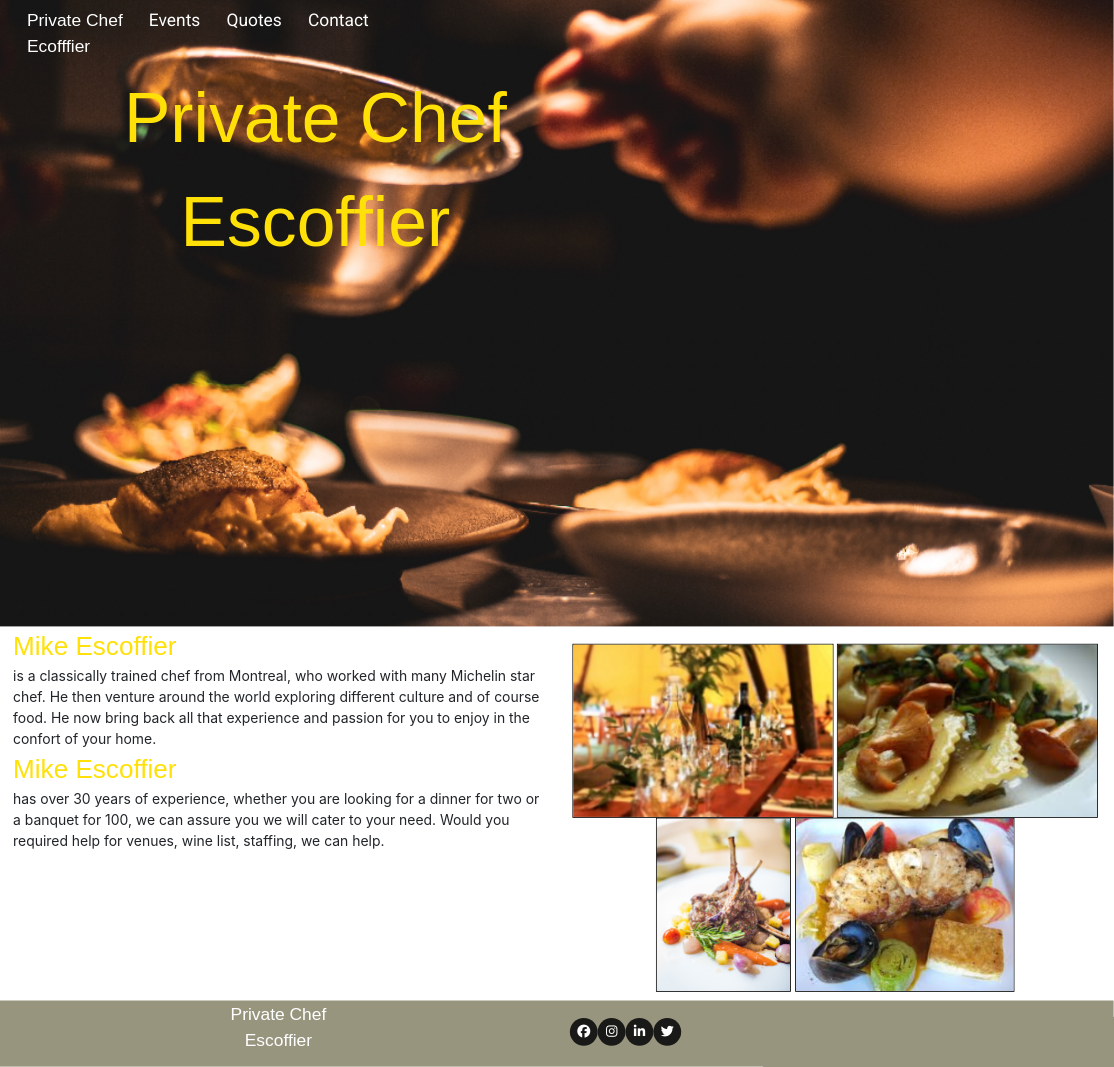
Repository: Mrsebastino/First-Milestone
Page: index.html
The author's editor kept a record of every edit. The page is drawn from the files as they stood at one moment, then again after the next edit.
The browser window is 1280 px wide. The pictures show the whole page, at 87% of full size.
Some web fonts or font styles are not loaded; a fallback is used. Some web libraries are served in a nearby version.

Above is the page before.

### index.html
<!DOCTYPE html>
<html lang="en">

<head>
    <meta charset="UTF-8">
    <meta name="viewport" content="width=device-width, initial-scale=1.0">
    <meta http-equiv="X-UA-Compatible" content="ie=edge">
    <title>Private Chef Escoffier</title>
    <script src="https://code.jquery.com/jquery-3.3.1.slim.min.js" integrity="sha384-q8i/X+965DzO0rT7abK41JStQIAqVgRVzpbzo5smXKp4YfRvH+8abtTE1Pi6jizo" crossorigin="anonymous"></script>
    <script src="https://cdnjs.cloudflare.com/ajax/libs/popper.js/1.14.7/umd/popper.min.js" integrity="sha384-UO2eT0CpHqdSJQ6hJty5KVphtPhzWj9WO1clHTMGa3JDZwrnQq4sF86dIHNDz0W1" crossorigin="anonymous"></script>
    <link rel="stylesheet" href="https://stackpath.bootstrapcdn.com/bootstrap/4.3.1/css/bootstrap.min.css" integrity="sha384-ggOyR0iXCbMQv3Xipma34MD+dH/1fQ784/j6cY/iJTQUOhcWr7x9JvoRxT2MZw1T" crossorigin="anonymous">
    <script src="https://stackpath.bootstrapcdn.com/bootstrap/4.3.1/js/bootstrap.min.js" integrity="sha384-JjSmVgyd0p3pXB1rRibZUAYoIIy6OrQ6VrjIEaFf/nJGzIxFDsf4x0xIM+B07jRM" crossorigin="anonymous"></script>
    <script src="https://kit.fontawesome.com/59067acff4.js" crossorigin="anonymous"></script>
    <link rel="stylesheet" href="assets/css/style.css" type="text/css" />

</head>
<!-- I have nested the navbar so it shows over my background image, found it quicker to achieve what i wanted-->

<body>
    <header>
        <div class="container-fluid">
            <div class="container-landing-page">
                <div class="row ">
                    <div class="col-sm-4 col-md-6">
                        <nav class="navbar navbar-expand-lg navbar-light bg-transparent">
                            <button class="navbar-toggler" type="button" data-toggle="collapse" data-target="#navbarNavDropdown" aria-controls="navbarNavDropdown" aria-expanded="false" aria-label="Toggle navigation">
                               <span class="navbar-toggler-icon"></span>
                            </button>
                            <div class="collapse navbar-collapse" id="navbarNavDropdown">
                                <ul class="navbar-nav">
                                    <li class="nav-item active">
                                        <a class="nav-link-logo" href="index.html">Private Chef<br> Ecofffier <span class="sr-only"></span></a>
                                    </li>
                                    <li class="nav-item">
                                        <a class="nav-link" href="events.html">Events</a>
                                    </li>
                                    <li class="nav-item">
                                        <a class="nav-link" href="quotes.html">Quotes</a>
                                    </li>
                                    <li class="nav-item">
                                        <a class="nav-link" href="contact.html">Contact</a>
                                    </li>
                                </ul>
                            </div>
                        </nav>
                    </div>
                    <div class="container">
                        <div class="row">
                            <div class="col-sm-4 col-md-6">
                                <p class="container-title"> Private Chef<br> Escoffier</p>
                            </div>
                        </div>
                    </div>
                </div>
            </div>
        </div>
    </header>
    <section>
        <div container-fluid>
            <div class="row">
                <div class="col">
                    <div class "container-event">
                        <span class="event-heading">Mike Escoffier</span><br>
                        is a classically trained chef from Montreal, who worked with many Michelin star chef. He then venture around the world exploring
                        different culture and of course food. He now bring
                        back all that experience and passion for you to enjoy in the confort of your home.
                    </div>
                    <div class="container-event-follow">
                        <span class="event-heading">Mike Escoffier</span><br>
                        has over 30 years of experience, whether you are looking for a dinner for two or a banquet for 100,
                        we can assure you we will cater to your need. Would you required help for venues, wine list, staffing, we can help.
                    </div>
                </div>
                    <div class="col">
                        <div class="event-photo">
                        <img src="assets/images/bar-bottles-catering-1243337.jpg" class="square" height=200 wdith=200>
                        <img src="assets/images/chanterelle-ravioli.jpg" class="square" height=200 wdith=200>
                        <img src="assets/images/beef-blur-chicken-323682.jpg" class="square" height=200 wdith=200>
                        <img src="assets/images/monkfish.jpg" class="square" height=200 wdith=200>
                    </div>
                    </div>
            </div>
        </div>
    </section>
    <footer>
        <div class="container-fluid container-footer">
            <div class="row">
                <div class="col-6">
                    <p class="logo-footer">
                        <a class="logo-footer" href="index.html"><span>Private Chef<br>  Escoffier</span></a>
                    </p>
                </div>
                <div class="col-6">
                    <ul class="list-inline social-link">
                        <li class="list-inline-item">
                            <a href="www.facebook.com" <i class="fab fa-facebook" aria-hidden="true"></i>
                    <span class="sr-only">Facebook</span></a>
                            <a href="www.instagram.com" <i class="fab fa-instagram" aria-hidden="true"></i>
                    <span class="sr-only">instagram</span></a>
                            <a href="www.linkedin.com" <i class="fab fa-linkedin-in" aria-hidden="true"></i>
                    <span class="sr-only">LinkedIn</span></a>
                            <a href="www.twitter.com" <i class="fab fa-twitter" aria-hidden="true"></i>
                    <span class="sr-only">Twitter</span></a>
                        </li>
                    </ul>
                </div>
            </div>
        </div>
    </footer>
</body>

</html>

### assets/css/style.css
@import url('https://fonts.googleapis.com/css?family=Roboto:100,200,300,400,500,600,700|Mansalva:100,200,300,400,500,600,700');

.body {
    font-family: 'Roboto', sans-serif;
    margin: 0;
    padding: 0;
}

/*---------Header------*/

.row {
    margin: 0;
    padding:0;
    overflow-x: hidden;

}

.container-fluid {
    margin: 0;
    padding: 0;
}

.container-title {
    font-family: 'Mansalva', sans-serif;
    text-align: center;
    font-size: 80px;
    color: #ffe007;
}

/*---------backgrounfd image------*/

.container-landing-page {
    padding: 0;
    margin: 0;
    height:100vh;
    background: url("../images/blur-chef-cooking-2403392.jpg") no-repeat center fixed;
    background-attachment: scroll;
    -webkit-background-size: cover;
    -moz-background-size: cover;
    -o-background-size: cover;
    background-size: cover;
}

.events-bg {
    padding: 0;
    margin: 0;
    background: url("../images/anise-aroma-art-277253.jpg") no-repeat center fixed;
    background-attachment: scroll;
    -webkit-background-size: cover;
    -moz-background-size: cover;
    -o-background-size: cover;
    background-size: cover;
}


/*---------Navbar------*/

.nav-link-logo {
    font-family: 'Mansalva', sans-serif;
    font-size: 20px;
    color: #fff;
    transition: all 0.5s ease-in-out;
   -moz-transition: all 0.5s ease-in-out;
   -webkit-transition: all 0.5s ease-in-out;
   -o-transition: all 0.5s ease-in-out;
}

.nav-link-logo:hover {
    color: #ffe007;
    text-decoration: none;
}

.nav-link {
    font-family: 'Roboto', sans-serif;
    font-size: 20px;
    color: #fff;
    transition: all 0.5s ease-in-out;
   -moz-transition: all 0.5s ease-in-out;
   -webkit-transition: all 0.5s ease-in-out;
   -o-transition: all 0.5s ease-in-out;
}

.navbar-light .navbar-nav .nav-link {
    color: #fff;
    margin-left: 30px;
    padding: 0px;
}

.navbar-light .navbar-nav .nav-link:hover {
    color: #ffe107;

}

.navbar-toggler-icon {
    color: #fff;
    display: inline-block;
    width: 1.5em;
    height: 1.5em;
    vertical-align: middle;
    content: "";
    background: no-repeat center center;
    background-size: 100% 100%;
}

.navbar-toggler {
    padding: .25rem .75rem;
    font-size: 1.25rem;
    line-height: 1;
    background-color: #ffe007;
    border: 1px solid transparent;
    border-radius: .25rem;
}

/*---------section/events/contact/quotes------*/


.container-event {
    margin: 0;
    padding: 0;
    height: 50vh;
    background-color: #f6f6f0;
}

.event-heading {
    font-family: 'Mansalva', sans-serif;
    font-size: 30px;
    text-align: center;
    font-weight: 500;
    color: #ffe007;
}

.event-information {
    height: auto;
    color: black;
    text-align: center;
    font-size: 20px;
    font-weight: 500;
}

.event-photo {
    padding-bottom: 10px;
    padding-top: 20px;
    height: auto;
    display: inline-block;
    text-align: center;
}

.square {
    border: 1px solid black;
}


/*---------Footer------*/

.container-footer {
    width: 100%;
    background-color:#98957f;
    padding: 0;
    margin: 0;
}

.list-inline-item {
    display: inline-table;
}

.logo-footer {
    font-family: 'Mansalva', sans-serif;
    font-size: 20px;
    color: #fff;
    text-align: center;
    transition: all 0.5s ease-in-out;
   -moz-transition: all 0.5s ease-in-out;
   -webkit-transition: all 0.5s ease-in-out;
   -o-transition: all 0.5s ease-in-out;
}

.logo-footer:hover {
    color: #ffe007;
    text-decoration: none;
}

.fab {
    height: 32px;
    width: 32px;
    padding:12px 0;
    border-radius: 50px;
    text-align: center;
    font-size: 15px;
    line-height:7px;
    margin-top: 20px;
    color: #fff;
    background-color: #191a18;
    transition: all 0.5s ease-in-out;
   -moz-transition: all 0.5s ease-in-out;
   -webkit-transition: all 0.5s ease-in-out;
   -o-transition: all 0.5s ease-in-out;
}

.fab:hover {
    color: #ffe007;
    text-decoration: none;
}

After the next edit:
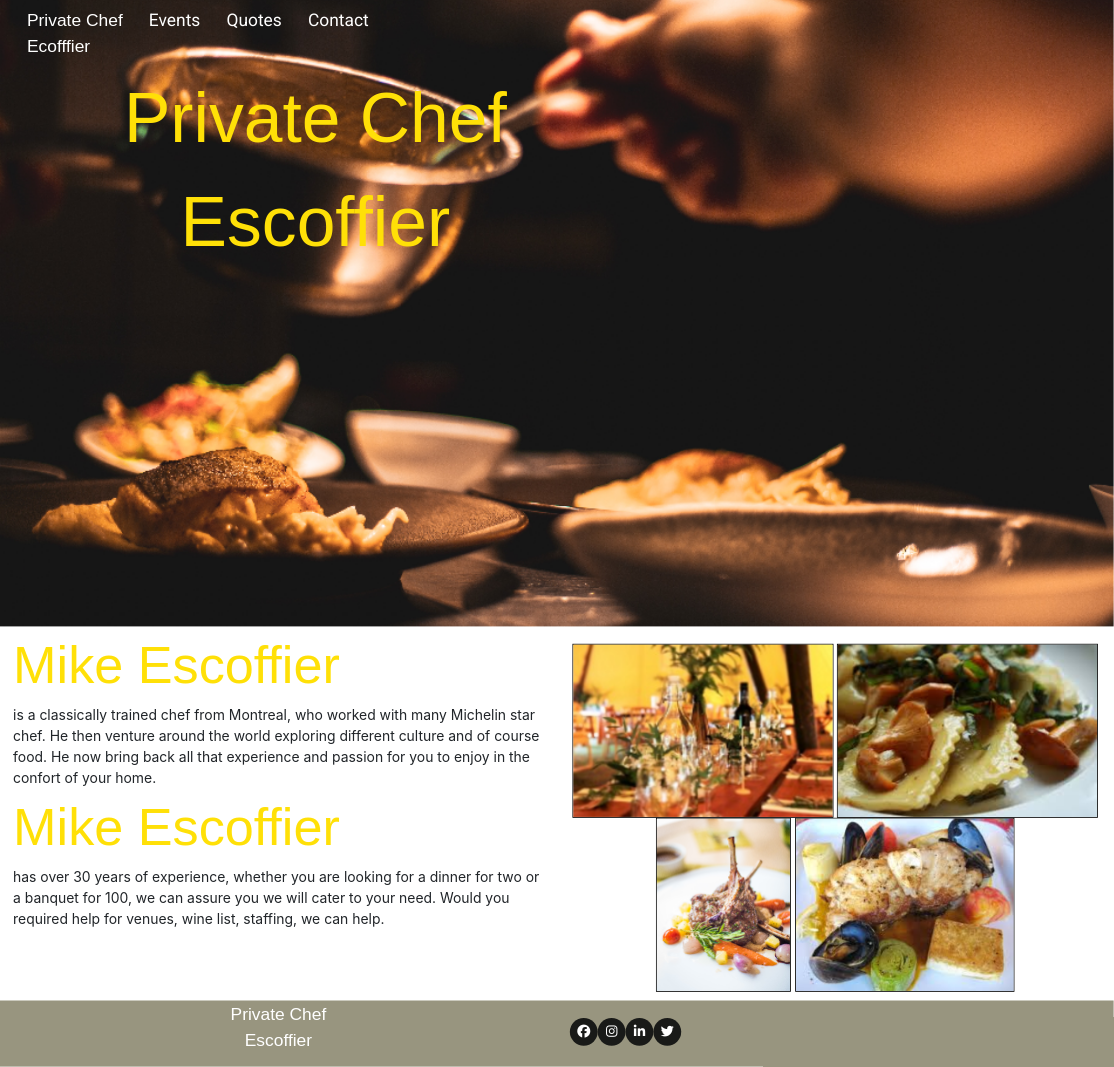
The edit:
--- a/assets/css/style.css
+++ b/assets/css/style.css
@@ -123,7 +123,7 @@
 
 .event-heading {
     font-family: 'Mansalva', sans-serif;
-    font-size: 30px;
+    font-size: 60px;
     text-align: center;
     font-weight: 500;
     color: #ffe007;
